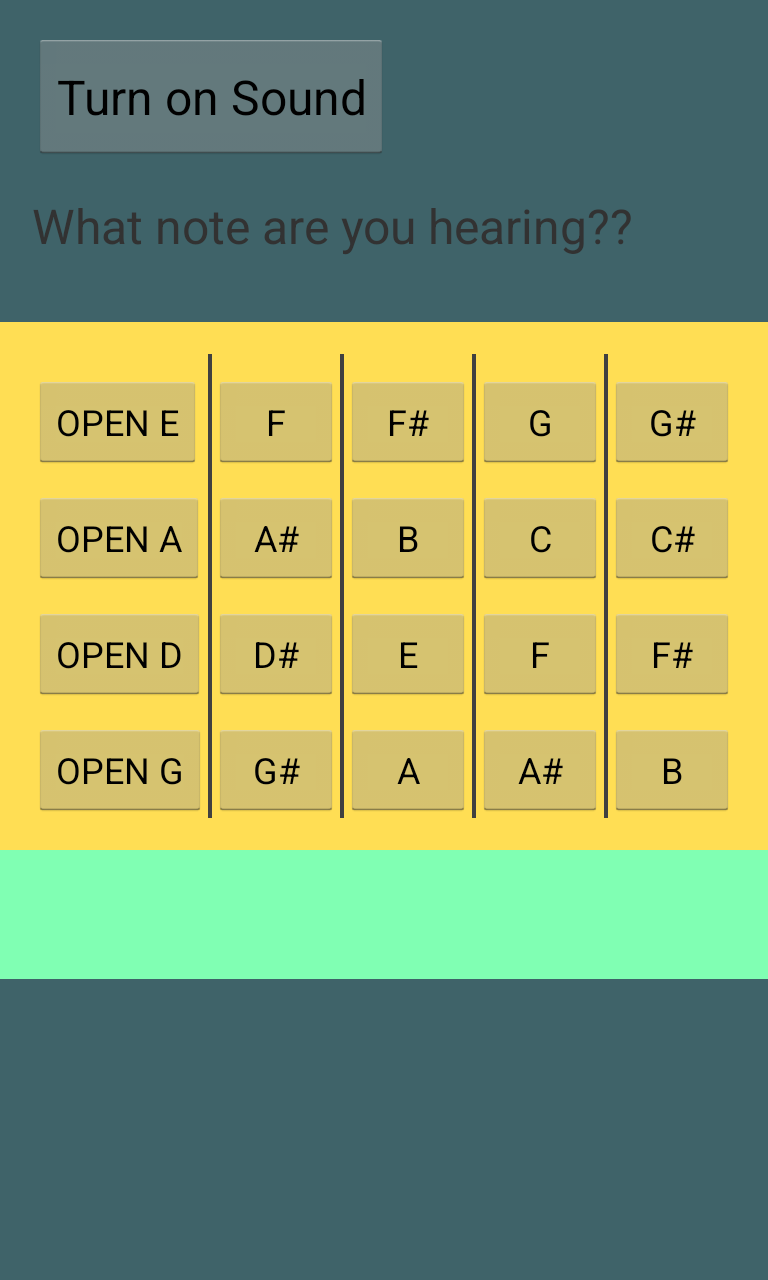
Repository: elliott-ribner/android-guitar-trainer
Layout: randomnotegenerator/res/layout/activity_main.xml
The author's editor kept a copy of each file at every save. The layout is drawn from the files as they stood at one save, then again after the next save.
It is drawn on a 768 x 1280 px phone screen (xhdpi) without system bars, with theme AppTheme; the app's code is not run.

Above is the layout before, as saved 2014-06-09 00:44:42.

After the next save:
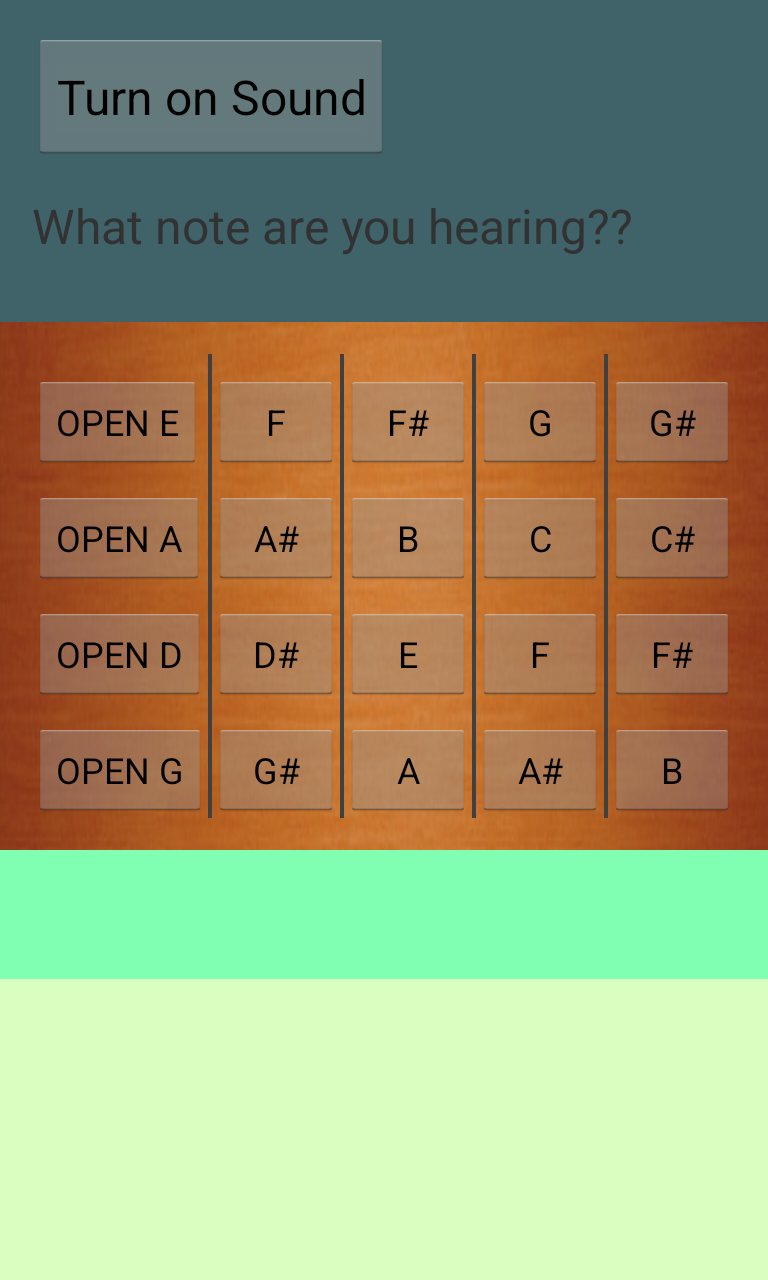
Saved 3 min 27 s later.
--- a/randomnotegenerator/res/layout/activity_main.xml
+++ b/randomnotegenerator/res/layout/activity_main.xml
@@ -2,7 +2,7 @@
     xmlns:tools="http://schemas.android.com/tools"
     android:layout_width="match_parent"
     android:layout_height="match_parent"
-    android:background="#3F6369"
+    android:background="#D9FFC0"
     android:orientation="vertical"
     tools:context="com.elliott.randomnotegenerator.MainActivity$PlaceholderFragment" >
 
@@ -38,7 +38,7 @@
     <LinearLayout
         android:layout_width="fill_parent"
         android:layout_height="wrap_content"
-        android:background="#FFDE54"
+        android:background="@drawable/background"
         android:orientation="vertical"
          >
 
